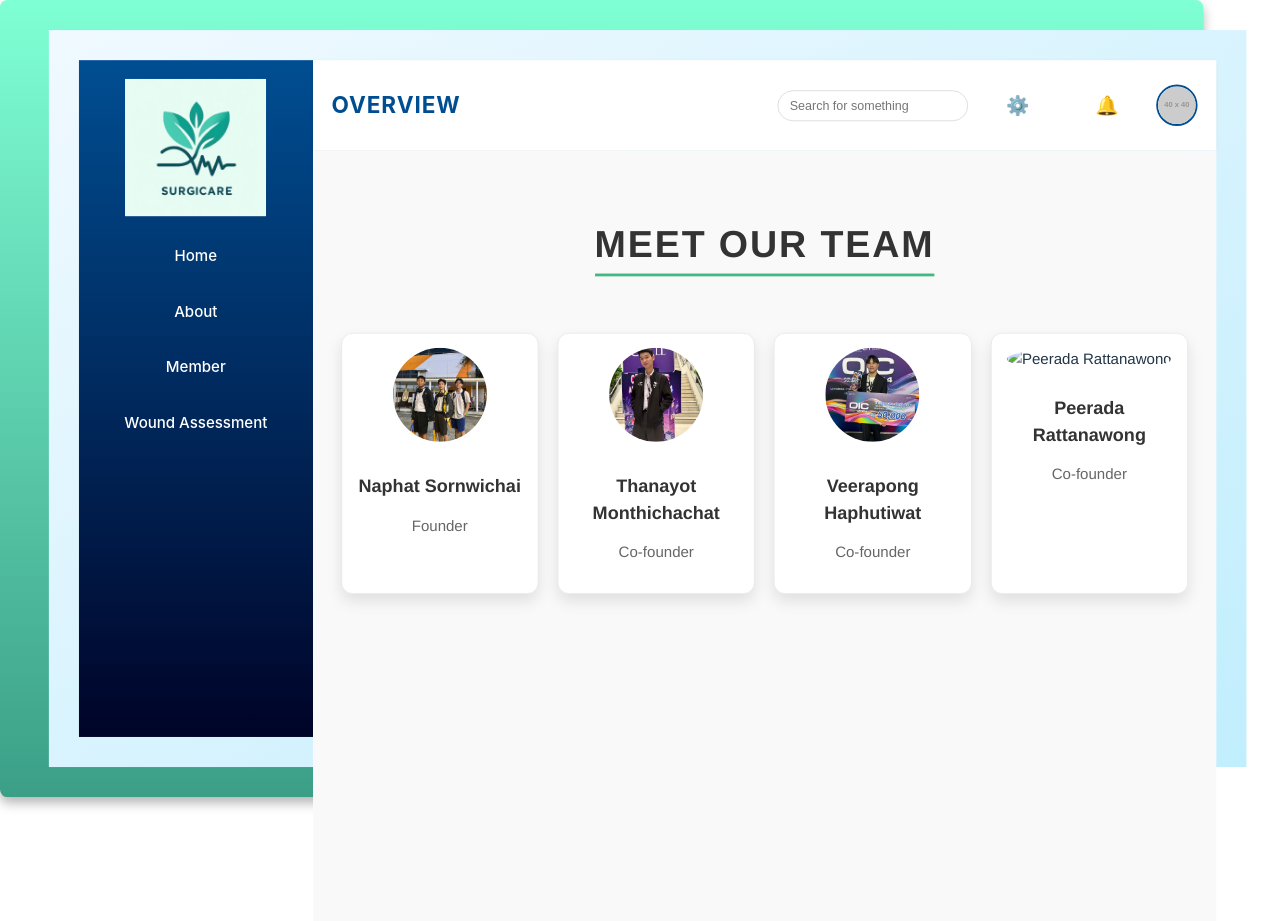
Repository: Jinwoo290350/Surgicare-Vue
Page: /member (app in surgicare/)
The author's editor kept a copy of each file at every save. The page is drawn from the files as they stood at one save, then again after the next save.
The browser window is 1280 px wide. The page is 1358 px wide, so the pictures cover 1358 px, including what lies to the right of the window. The pictures show the whole page, at 94% of full size.
The project was rebuilt for these pictures with package versions that can differ from the ones it lists, and the page was loaded fresh each time. Also part of the build but not shown: surgicare/vite.config.js, surgicare/src/views/Home.vue, surgicare/src/views/About.vue, surgicare/src/components/WoundAssessment.vue.

Above is the page before, as saved 2024-12-30 14:29:47.
Console error: TypeError: Cannot read properties of null (reading 'getContext')
Not found: Users/frank/Vscode/Vue/surgicare/public/bio.jpg

After the next save:
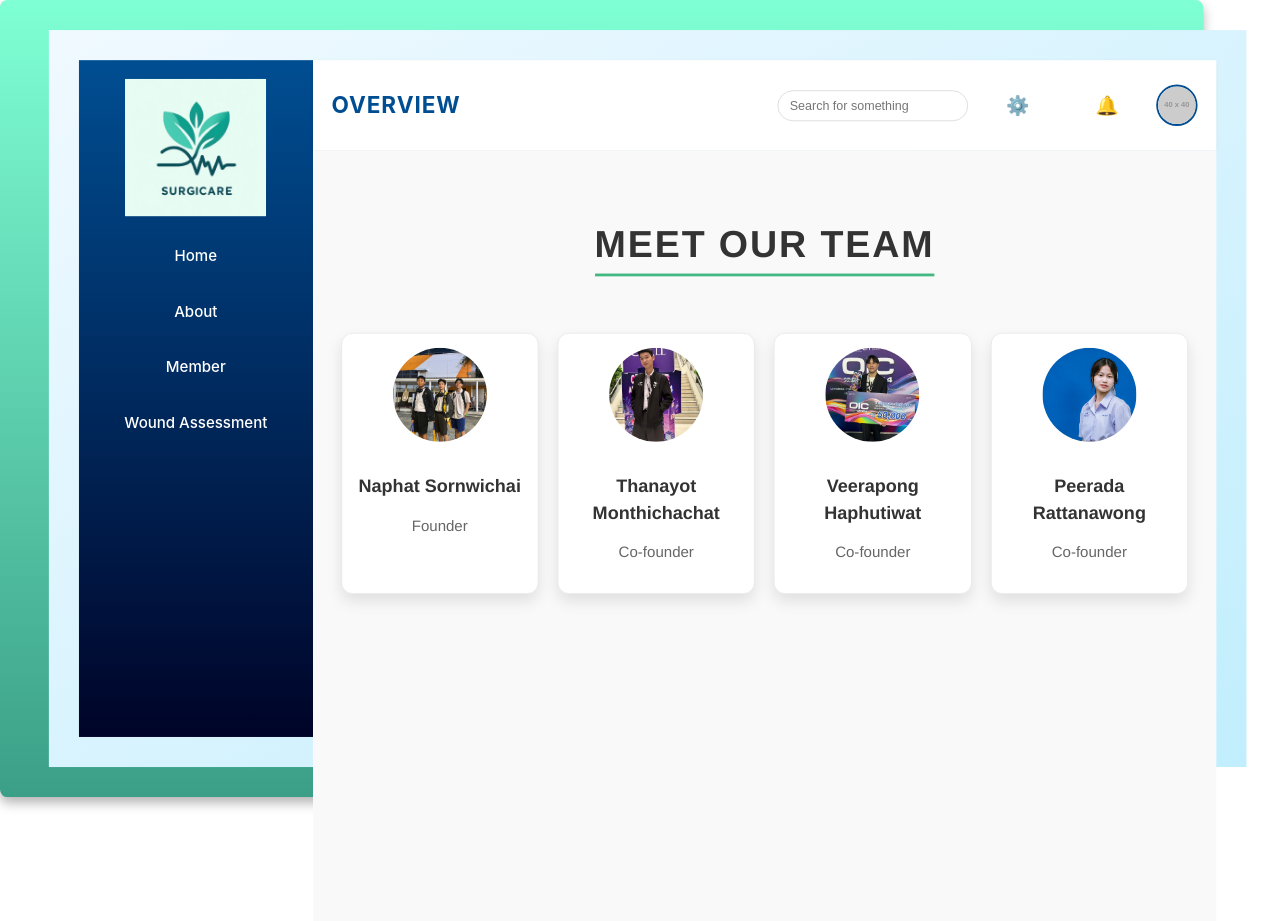
Saved 45 s later.
--- a/surgicare/src/views/Member.vue
+++ b/surgicare/src/views/Member.vue
@@ -57,7 +57,7 @@ export default {
         {
           name: "Peerada Rattanawong",
           role: "Co-founder",
-          photo: "/Users/frank/Vscode/Vue/surgicare/public/bio.jpg",
+          photo: "bio.jpg",
           bio: "Co-founder of Surgicare.",
         },
       ],
